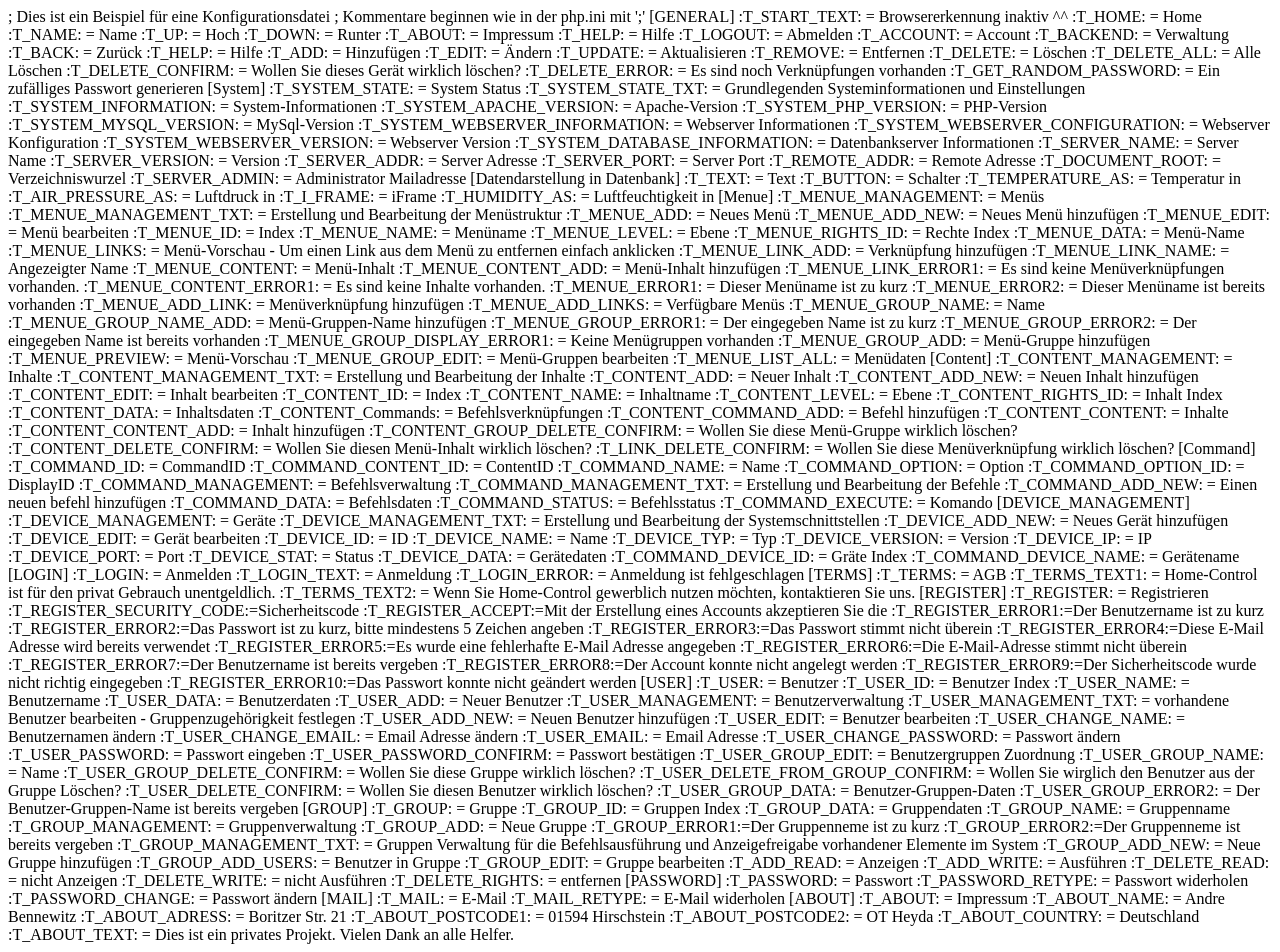
Repository: 0xF3ERROR/Home-Control
Page: http://localhost/language/lang_Ger.php
The author's editor kept a copy of each file at every save. The page is drawn from the files as they stood at one save, then again after the next save.
The browser window is 1280 px wide. The pictures show the whole page.
The page is run by PHP 8.4 with error messages shown; the project is at /var/www/html/.

Above is the page before, as saved 2012-09-16 16:49:32.

After the next save:
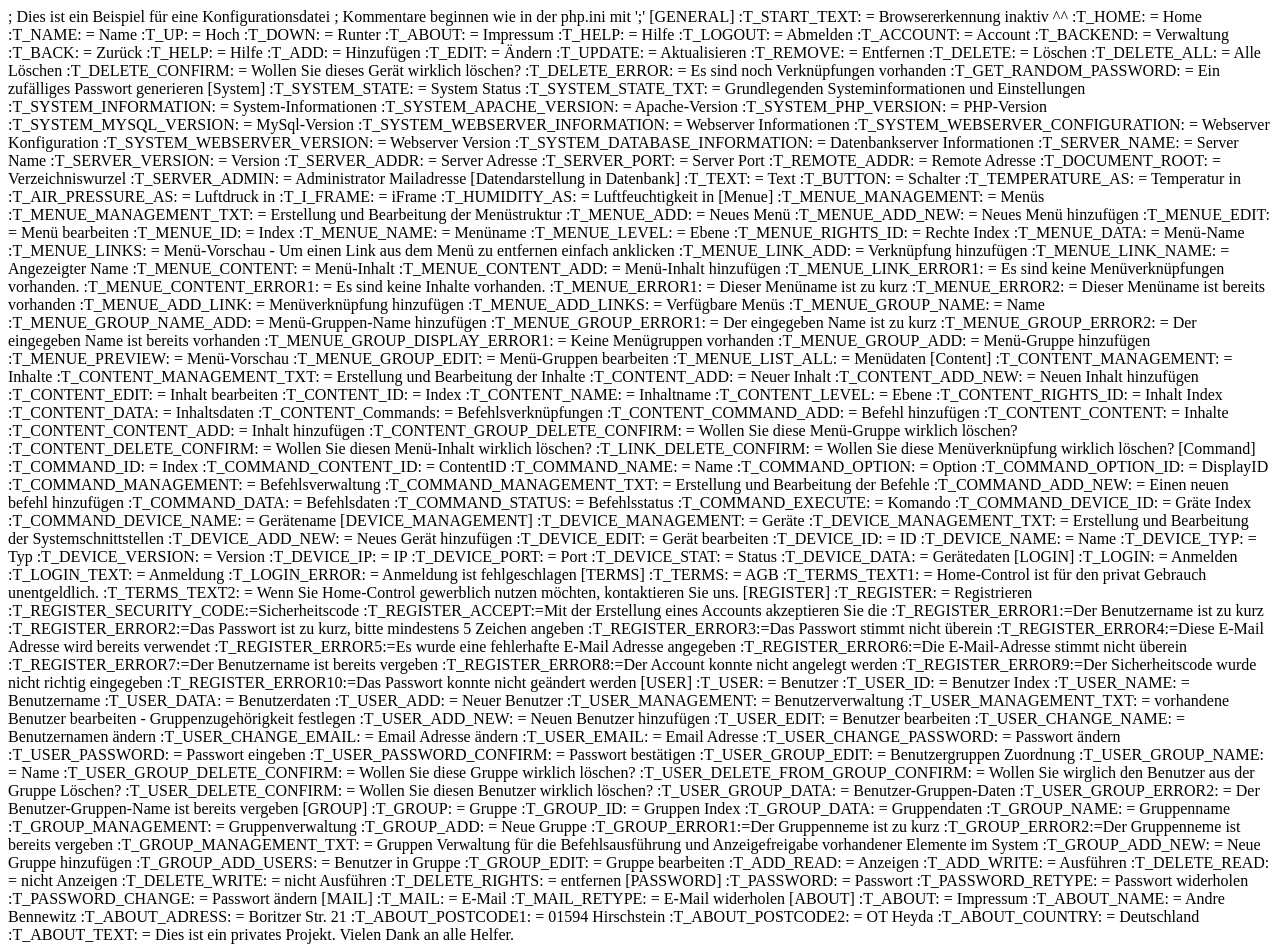
Saved 34 s later.
--- a/Source/language/lang_Ger.php
+++ b/Source/language/lang_Ger.php
@@ -113,7 +113,7 @@
 
 
 [Command]
-:T_COMMAND_ID: = CommandID
+:T_COMMAND_ID: = Index
 :T_COMMAND_CONTENT_ID: = ContentID
 :T_COMMAND_NAME: = Name
 :T_COMMAND_OPTION: = Option
@@ -124,6 +124,8 @@
 :T_COMMAND_DATA: = Befehlsdaten
 :T_COMMAND_STATUS: = Befehlsstatus
 :T_COMMAND_EXECUTE: = Komando
+:T_COMMAND_DEVICE_ID: = Gräte Index
+:T_COMMAND_DEVICE_NAME: = Gerätename
 
 
 
@@ -140,8 +142,6 @@
 :T_DEVICE_PORT: = Port
 :T_DEVICE_STAT: = Status
 :T_DEVICE_DATA: = Gerätedaten
-:T_COMMAND_DEVICE_ID: = Gräte Index
-:T_COMMAND_DEVICE_NAME: = Gerätename
 
 
 [LOGIN]
